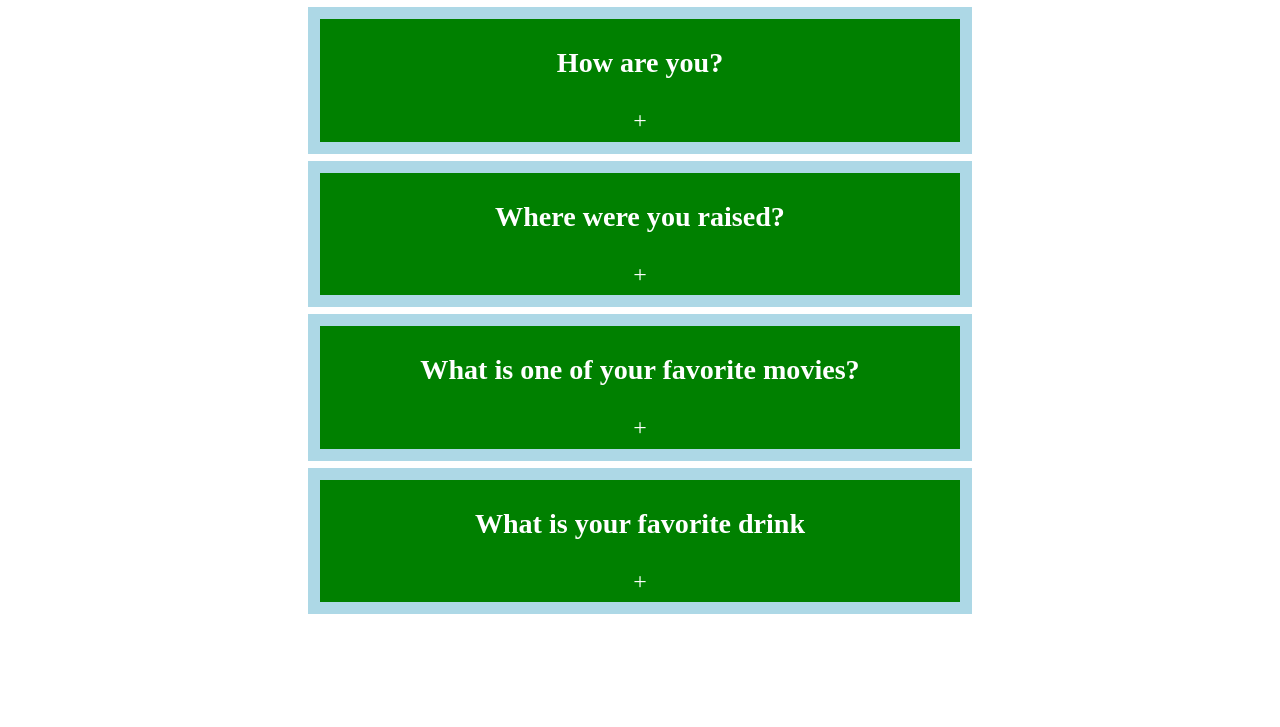
Repository: kosenijr/react-projects
Page: / (app in accordion/)
These files come from the project's save history. The page is drawn as it stood at one moment and after the next save; the edit follows.
The browser window is 1280 px wide. The pictures show the whole page.
The project was rebuilt for these pictures with package versions that can differ from the ones it lists, and the page was loaded fresh each time.

Above is the page before, as saved 2024-03-02 22:44:07.

After the next save:
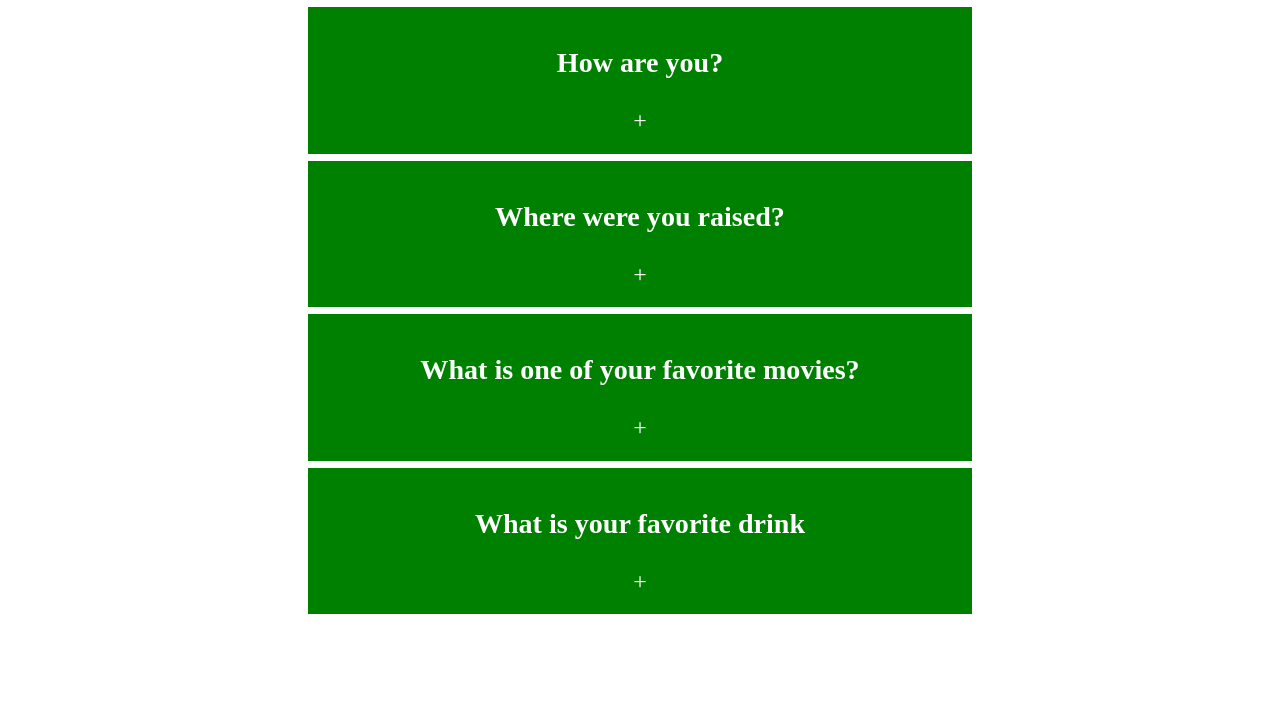
Saved 8 s later.
--- a/accordion/src/styles/Accordion.css
+++ b/accordion/src/styles/Accordion.css
@@ -13,7 +13,7 @@
   margin: 1vh auto;
   padding-bottom: 1vh;
   width: 50vw;
-  border: 0.5em solid lightblue
+  border: 0.5em solid green
 }
 
 .content {
